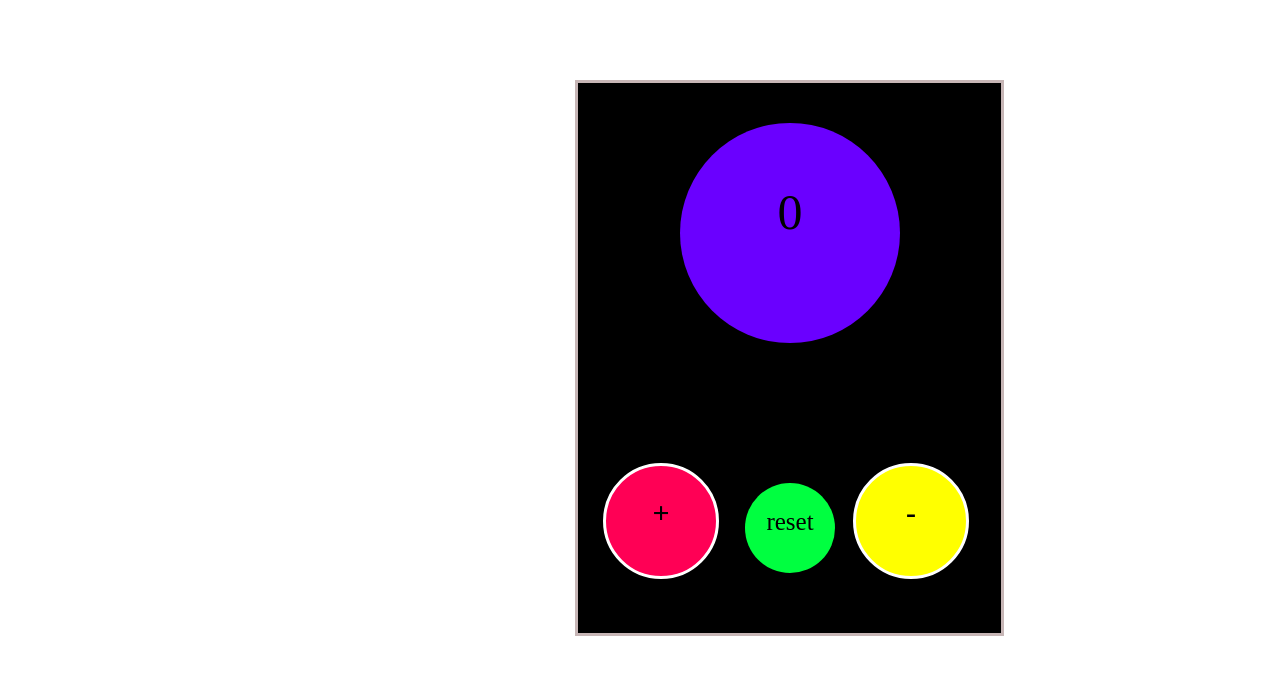
Repository: sara55m/Counter_App
Page: index.html
These files come from the project's save history. The page is drawn as it stood at one moment and after the next save; the edit follows.
The browser window is 1280 px wide. The pictures show the whole page.

Above is the page before, as saved 2024-07-31 17:58:29.

### index.html
<!DOCTYPE html>
<html lang="en">
<head>
    <meta charset="UTF-8">
    <meta name="viewport" content="width=device-width, initial-scale=1.0">
    <title>Document</title>
    <link rel="stylesheet" href="css/style.css">
</head>
<body>
    <div class="container">
        <div class="main" id="main"><p class="one" id="one"></p></div>
        <div class="increase" id="increase" onclick="increase()"><p class="first">+</p></div>
        <div class="decrease" id="decrease" onclick="decrease()"><p class="second">-</p></div>
        <div class="reset" onclick="reset_1()"><p class="third">reset</p></div>
    </div>
    <script src="js/script.js"></script>
</body>
</html>

### css/style.css
.container{
    position: absolute;
    top:80px;
    left:575px;
    height:550px;
    width:423px;
    background-color: black;
    border:3px solid #c7b6b6;
}
p.one{
    text-align: center;

}

.main{
    position:absolute;
    top:40px;
    left:102px;
    height:200px;
    width:200px;
    border-radius: 50%;
    background-color: rgb(106, 0, 255);
    text-align: center;
    font-size: 50px;
    padding:10px;

}

.increase{
    position:absolute;
    top:380px;
    left:25px;
    height:110px;
    width:110px;
    border-radius: 50%;
    background-color: rgb(255, 0, 85);
    border:3px solid white;
    font-weight: bolder;
}
p.first,p.second{
    font-size: 30px;
    text-align: center;
}

.decrease{
    position:absolute;
    top:380px;
    left:275px;
    height:110px;
    width:110px;
    border-radius: 50%;
    border:3px solid white;
    background-color:yellow;
    text-align: center;
    font-weight: bolder;
}

.reset{
    position:absolute;
    top:400px;
    left:167px;
    height:90px;
    width:90px;
    border-radius: 50%;
    background-color: rgb(0, 255, 64);

    font-size: 50px;
}

p.third{
    font-size: 25px;
    text-align: center;
}

### js/script.js
let count=0;
document.getElementById("one").innerHTML=count;
function increase(){
    count+=1;
    document.getElementById("one").innerHTML=count;
}

function reset_1(){
    count=0;
    document.getElementById("one").innerHTML=count;
}

count=0;
document.getElementById("one").innerHTML=count;
function decrease(){
    count-=1;
    document.getElementById("one").innerHTML=count;

}

After the next save:
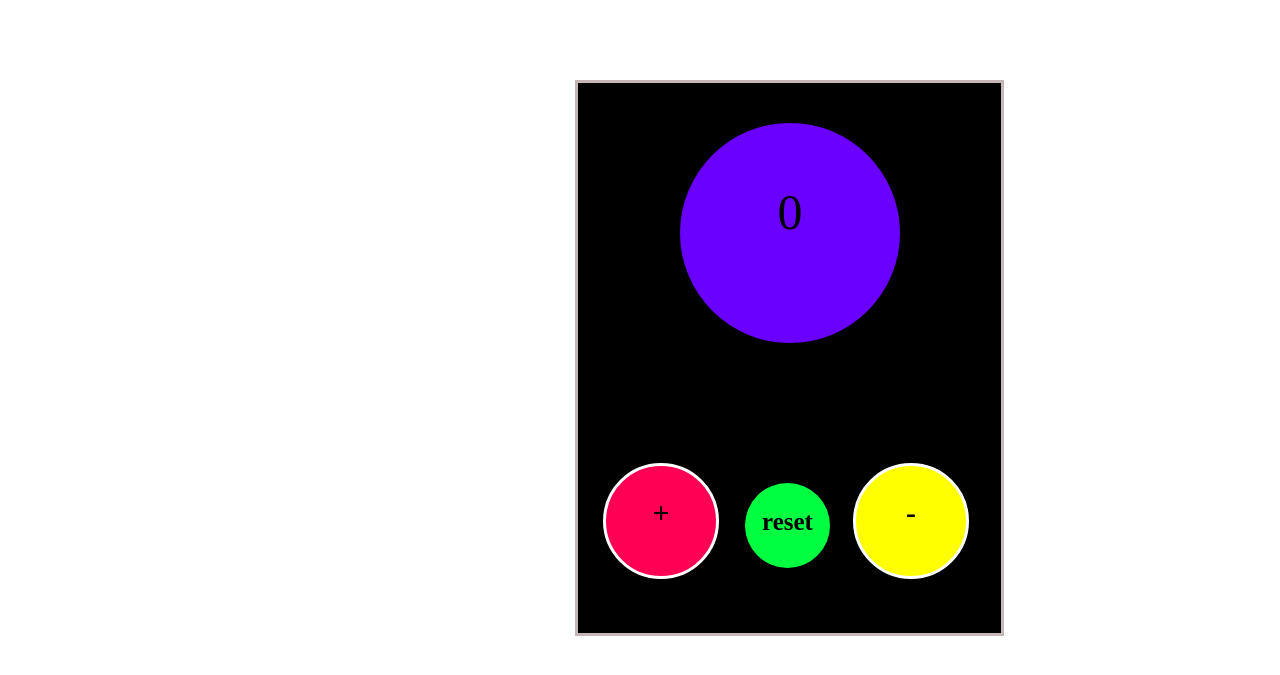
Saved 48 s later.
--- a/css/style.css
+++ b/css/style.css
@@ -59,12 +59,11 @@ p.first,p.second{
     position:absolute;
     top:400px;
     left:167px;
-    height:90px;
-    width:90px;
+    height:85px;
+    width:85px;
     border-radius: 50%;
     background-color: rgb(0, 255, 64);
-
-    font-size: 50px;
+    font-weight: bolder;
 }
 
 p.third{
